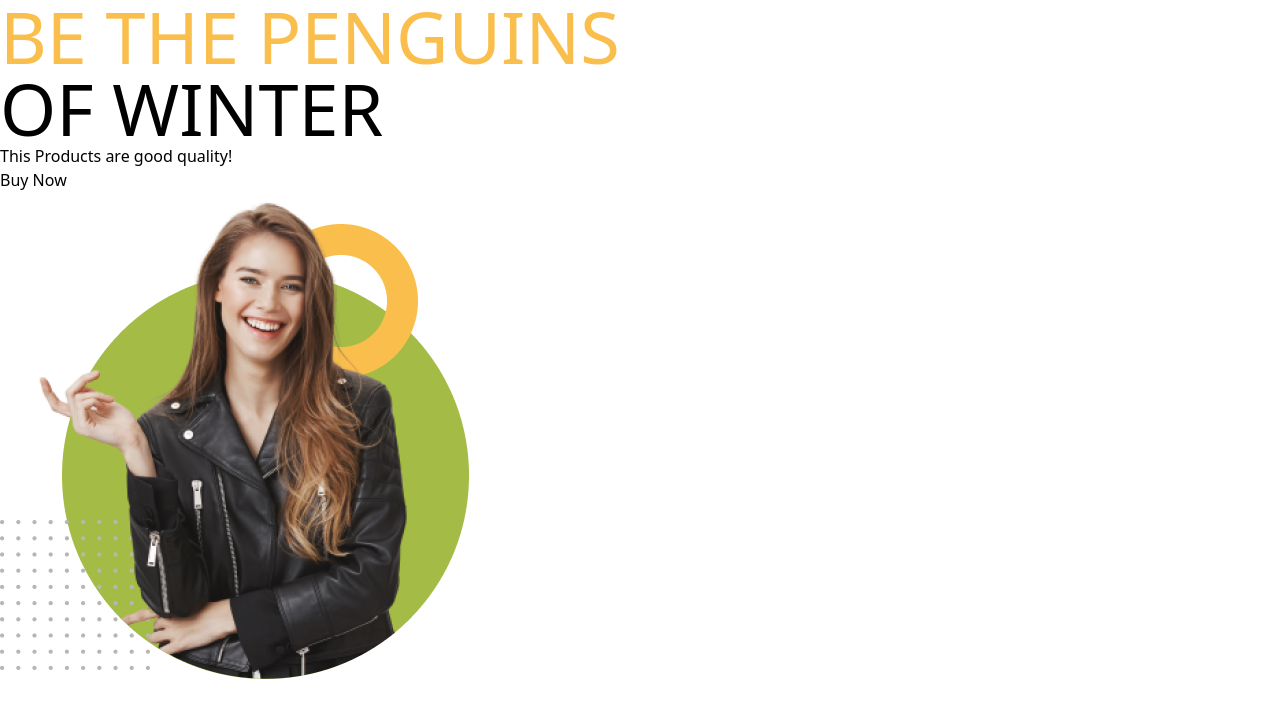
Repository: SyeadaSakina/Penguins-fashion
Page: index.html
These files come from the project's save history. The page is drawn as it stood at one moment and after the next save; the edit follows.
The browser window is 1280 px wide. The pictures show the whole page.
Some web libraries are served in a nearby version.

Above is the page before, as saved 2023-07-21 22:22:38.

After the next save:
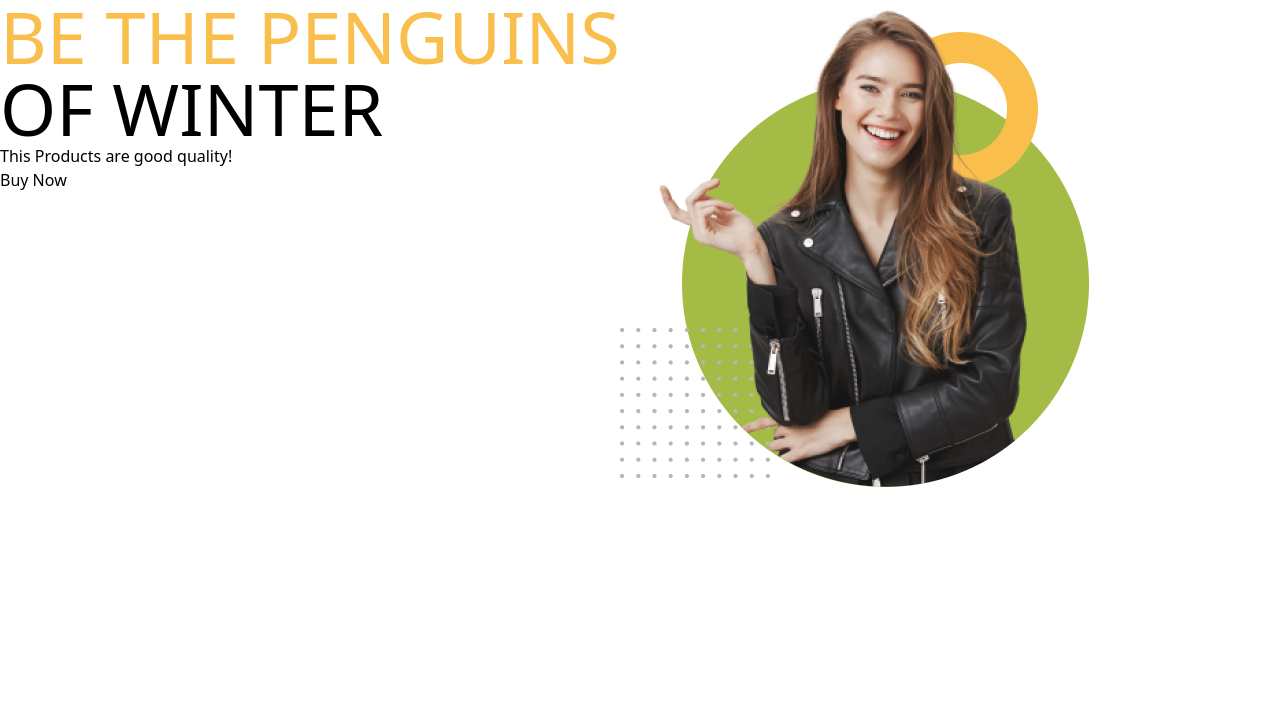
Saved 33 s later.
--- a/index.html
+++ b/index.html
@@ -20,10 +20,11 @@
                 </p>
                 <button>Buy Now</button>
             </div>
+            <div>
+                <img src="images/model.png" alt="Image of a model">
+            </div>
         </div>
-        <div>
-            <img src="images/model.png" alt="Image of a model">
-        </div>
+
     </header>
     <main>
 
